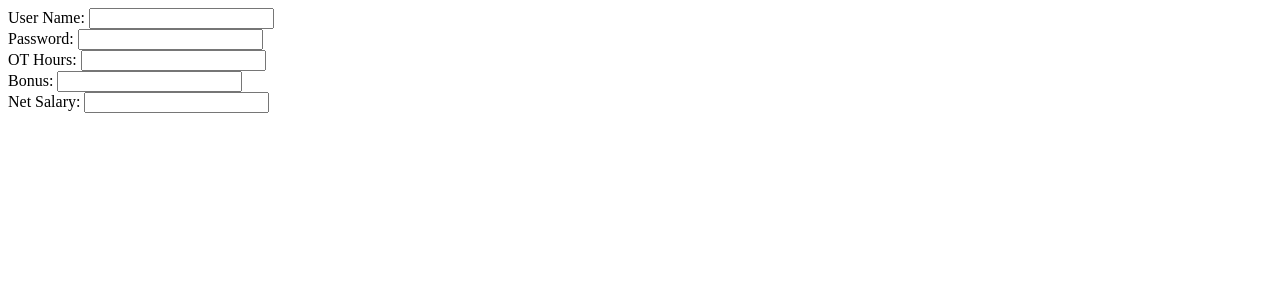
Repository: IT21802508/Employee-Salary-Management-System-OOP
Page: http://localhost/SalaryDemo/employeeInsert.jsp
These files come from the project's save history. The page is drawn as it stood at one moment and after the next save; the edit follows.
The browser window is 1280 px wide. The pictures show the whole page.
The page is served by Tomcat 9.

Above is the page before, as saved 2023-01-09 04:50:41.

After the next save:
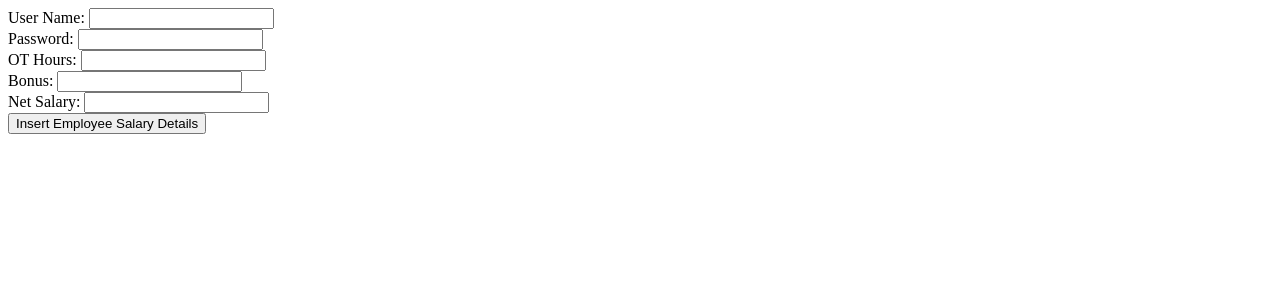
Saved 47 s later.
--- a/SalaryDemo/src/main/webapp/employeeInsert.jsp
+++ b/SalaryDemo/src/main/webapp/employeeInsert.jsp
@@ -16,6 +16,9 @@ Bonus: <input type="text" name="bonus"> <br>
 Net Salary: <input type="text" name ="netsalary"><br>
 
 
+<input type="submit" name="submit" value="Insert Employee Salary Details">
+
+
 
 
 
